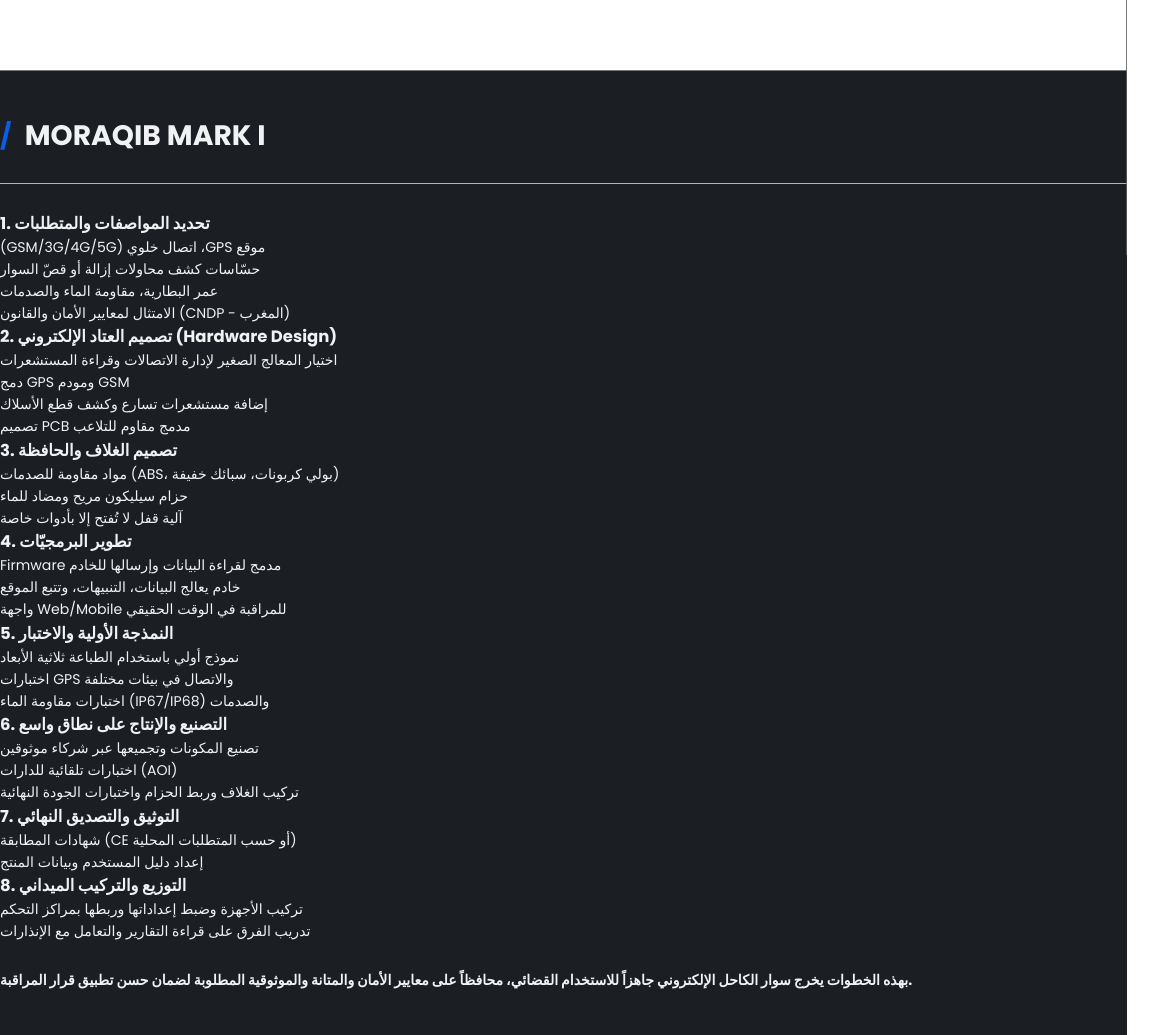
Repository: ayoubgharts/nextjs_protfolio
Page: /tutorials
An editor plug-in stored every save of this project. The page is shown before and after the next save, followed by the edit.
The browser window is 1280 px wide. The page is 1280 px wide, then 1329 px, so the pictures cover 1329 px, including what lies to the right of the window. The pictures show the whole page, at 88% of full size.
The project was rebuilt for these pictures with package versions that can differ from the ones it lists, and the page was loaded fresh each time. The framework's server and built-in components were replaced by stand-ins that run in the browser. Also part of the build but not shown: next.config.mjs.

Above is the page before, as saved 2025-06-01 00:27:02.

### src/app/tutorials/page.jsx
// pages/tutorials.js
import Link from "next/link";
import styles from "./tutorials.module.css";

import { Container } from "react-bootstrap";

import SectionTitle from "@/components/buttons/section-title/SectionTitle";

export default function Tutorials() {
  return (
    <main className={styles.tutorials}>
      <Container>
        <SectionTitle textContent={"MORAQIB mark I"} />
        <div className={styles.project}>
          <h3>1. تحديد المواصفات والمتطلبات</h3>
          <ul>
            <li className={styles.project_li}>موقع GPS، اتصال خلوي (GSM/3G/4G/5G)</li>
            <li>حسّاسات كشف محاولات إزالة أو قصّ السوار</li>
            <li>عمر البطارية، مقاومة الماء والصدمات</li>
            <li>الامتثال لمعايير الأمان والقانون (CNDP - المغرب)</li>
          </ul>

          <h3>2. تصميم العتاد الإلكتروني (Hardware Design)</h3>
          <ul>
            <li>اختيار المعالج الصغير لإدارة الاتصالات وقراءة المستشعرات</li>
            <li>دمج GPS ومودم GSM</li>
            <li>إضافة مستشعرات تسارع وكشف قطع الأسلاك</li>
            <li>تصميم PCB مدمج مقاوم للتلاعب</li>
          </ul>

          <h3>3. تصميم الغلاف والحافظة</h3>
          <ul>
            <li>مواد مقاومة للصدمات (ABS، بولي كربونات، سبائك خفيفة)</li>
            <li>حزام سيليكون مريح ومضاد للماء</li>
            <li>آلية قفل لا تُفتح إلا بأدوات خاصة</li>
          </ul>

          <h3>4. تطوير البرمجيّات</h3>
          <ul>
            <li>Firmware مدمج لقراءة البيانات وإرسالها للخادم</li>
            <li>خادم يعالج البيانات، التنبيهات، وتتبع الموقع</li>
            <li>واجهة Web/Mobile للمراقبة في الوقت الحقيقي</li>
          </ul>

          <h3>5. النمذجة الأولية والاختبار</h3>
          <ul>
            <li>نموذج أولي باستخدام الطباعة ثلاثية الأبعاد</li>
            <li>اختبارات GPS والاتصال في بيئات مختلفة</li>
            <li>اختبارات مقاومة الماء (IP67/IP68) والصدمات</li>
          </ul>

          <h3>6. التصنيع والإنتاج على نطاق واسع</h3>
          <ul>
            <li>تصنيع المكونات وتجميعها عبر شركاء موثوقين</li>
            <li>اختبارات تلقائية للدارات (AOI)</li>
            <li>تركيب الغلاف وربط الحزام واختبارات الجودة النهائية</li>
          </ul>

          <h3>7. التوثيق والتصديق النهائي</h3>
          <ul>
            <li>شهادات المطابقة (CE أو حسب المتطلبات المحلية)</li>
            <li>إعداد دليل المستخدم وبيانات المنتج</li>
          </ul>

          <h3>8. التوزيع والتركيب الميداني</h3>
          <ul>
            <li>تركيب الأجهزة وضبط إعداداتها وربطها بمراكز التحكم</li>
            <li>تدريب الفرق على قراءة التقارير والتعامل مع الإنذارات</li>
          </ul>

          <p style={{ marginTop: "30px" }}>
            <strong>
              بهذه الخطوات يخرج سوار الكاحل الإلكتروني جاهزاً للاستخدام القضائي، محافظاً على
              معايير الأمان والمتانة والموثوقية المطلوبة لضمان حسن تطبيق قرار المراقبة.
            </strong>
          </p>
        </div>
      </Container>
    </main>
  );
}

### src/app/globals.css

/*? import google font 'Poppins' */
@import url('https://fonts.googleapis.com/css2?family=Poppins:wght@100;200;300;400;500;600;700&family=Raleway:ital,wght@0,100..900;1,100..900&display=swap');

/*? all variables */
:root {
  /*. Web colors vars */
  --dark:      #1b1f24;
  --dark-fixed:      #1b1f24;
  --dark-300:  #23282f;
  --dark-400:  #2b323b;
  --dark-300-opacity:  #23282fab;
  --dark-400-opacity:  #2b323bb0;
  --dark-300-fixed:#282c31;
  --dark-500:  #333c47;
  --dark-600:  #4d5a6a;
  --dark-700:  #778392;
  --dark-800:  #9da6b3;

  --light:     #f0f2f4;
  --light-fixed:     #f0f2f4;
  --light-300: #454649;
  --light-400: #c3cad5;
  --light-500: #8895aa;

  --primary:   #075fe4;
  --primary-dark:   #12499c;
  --primary-light:   #6b93cf;
  --success:   #11845b;
  --danger:    #c6303e;
  --danger-dark:    #992934;
  --warning:   #fd7e14;

  --purple:    #4c0bce;
  --purple-dark:    #330f7c;
  --violet:    #712cf9;
  --pink:    #f92c8c;
  --yellow:    #ffc107;
  --green:     #198754;
  --teal:      #20c997;
  --cyan:      #0dcaf0;

  /*. Mobile Var Colors */
  --mobile-dark:      #1b1f24;
  --mobile-light:     #f0f2f4;
  --mobile-dark-300:  #23282f;
  --mobile-dark-500:  #333c47;
  --mobile-dark-700:  #778392;



  /*. transitions vars */
  --trans-03: all ease .3s;
  --trans-05: all ease .5s;

  /*. border radius vars */
  --br-8: 8px;
  --br-50: 50px;

  /*. padding global default */
  --container-120: 0 120px;
  --container-60: 0 60px;
  --container-20: 0 20px;

  /*. buttons vars */
  --btn-padding: 10px 25px;
  --btn-font-size: 1.2rem;
  --btn-font-media: 0.9rem;
  --light-btn:#f0f2f4;

}


/* Light mode overrides */
.light-mode {

  /*. web switch colors */
  --dark:       #e0e3e6;
  --dark-300:  #cdd6e2;
  --dark-400:  #c7cfd8;
  --dark-300-opacity:  #b6bfccab;
  --dark-400-opacity:  #b5bfccb0;
  --dark-500:   #c2c8d3;
  --dark-600:  #4d5a6a;
  --dark-700:  #eff3f7;
  --dark-800:  #757c85;

  --light:     #1b1f24;
  --light-300: #dde1e9;
  --light-400: #c3cad5;
  --light-500: #8895aa;

  /*. mobile switch colors */
  --mobile-dark:      #f0f2f4;
  --mobile-light:     #1b1f24;
  --mobile-dark-500:  #b5bcc4;
  --mobile-dark-700:  #778392;
  --mobile-dark-300:  #e4e7ec;
}


/*? Global Styles */
*{
  font-family: "Poppins", sans-serif;
  box-sizing: border-box;
  padding: 0;
  margin: 0;
}

body {
  font-family: "Poppins", sans-serif;
  box-sizing: border-box;
  padding: 0;
  margin: 0;
}

/*? Normalise */
a, Link{
  color: var(--cyan);
  text-decoration: none !important;
}
ul{
  list-style: none;
  margin: 0;
  padding: 0;
}
ul li{
  margin: 0;
  padding: 0;
}
h1, h2, h3, h4, h5{
  margin: 0;
  padding: 0;
}

i{
  margin: 0;
  padding: 0;
}

.container{
  transition: var(--trans-03);
}

### src/app/tutorials/tutorials.module.css

.tutorials{
    margin-top: 80px;
    background: var(--dark);
    padding: 50px 0;
    transition: var(--trans-03);
    text-align: start;
    color: var(--light);
}

.button{
    outline: none;
    border: none;
    background: var(--primary);
    color: var(--light-fixed);
    width: 100%;
    padding: 15px 25px;
    border-radius: 10px;
    margin-top: 30px;
    transition: var(--trans-03);
}

.button:hover{
    background: var(--primary-dark);
}



.project_li{
    direction: rtl;
}

### src/components/buttons/section-title/SectionTitle.jsx
import styles from './title.module.css';

export default function SectionTitle({textContent}){
    return(
        <h2 className={styles.h2}>
            {textContent}
        </h2>
    )
}

### src/components/buttons/section-title/title.module.css
.h2{
    font-size: 2rem;
    font-weight: 700;
    text-transform: uppercase;
    color: var(--light);
    width: 100%;
    border-bottom: solid 1.2px var(--light-400);
    margin-bottom: 30px;
    padding-bottom: 30px;
}

.h2::before{
    content: '/';
    color: var(--primary);
    margin-right: 15px;
    font-size: 1.8rem;
}

Loaded but not shown: src/app/layout.js (common file)

After the next save:
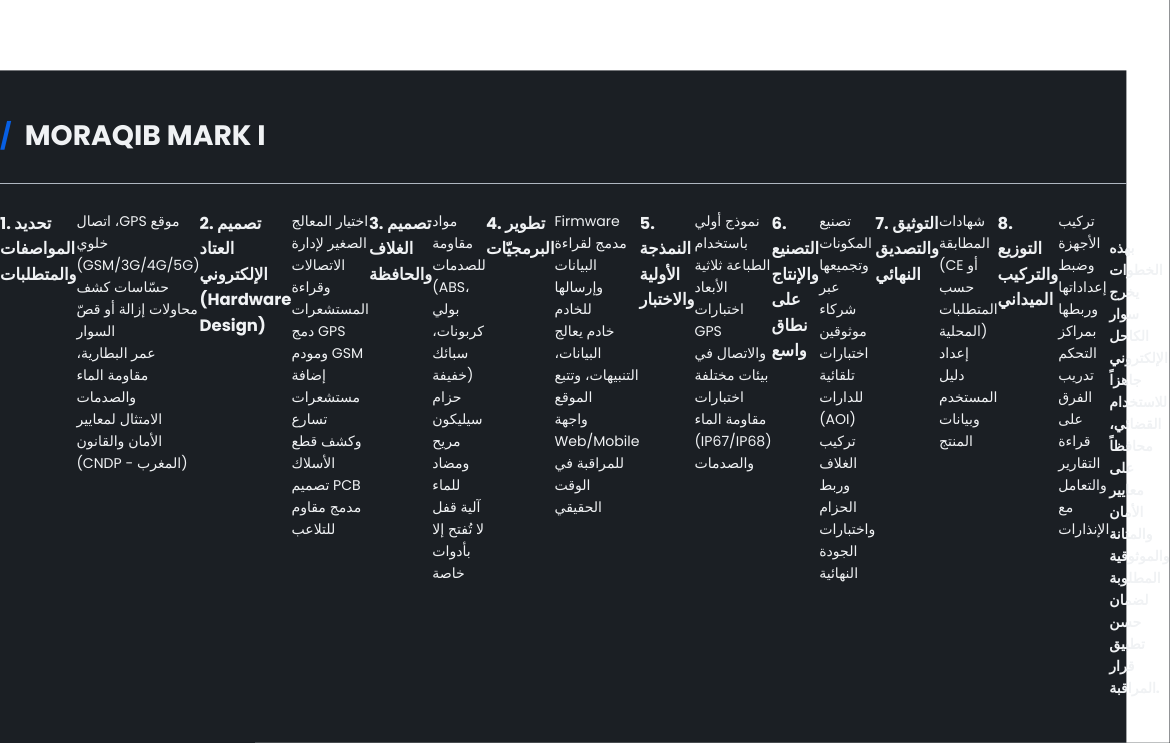
Saved 7 s later.
--- a/src/app/tutorials/tutorials.module.css
+++ b/src/app/tutorials/tutorials.module.css
@@ -24,8 +24,10 @@
     background: var(--primary-dark);
 }
 
-
-
+.project{
+    display: flex;
+    f
+}
 .project_li{
     direction: rtl;
 }
